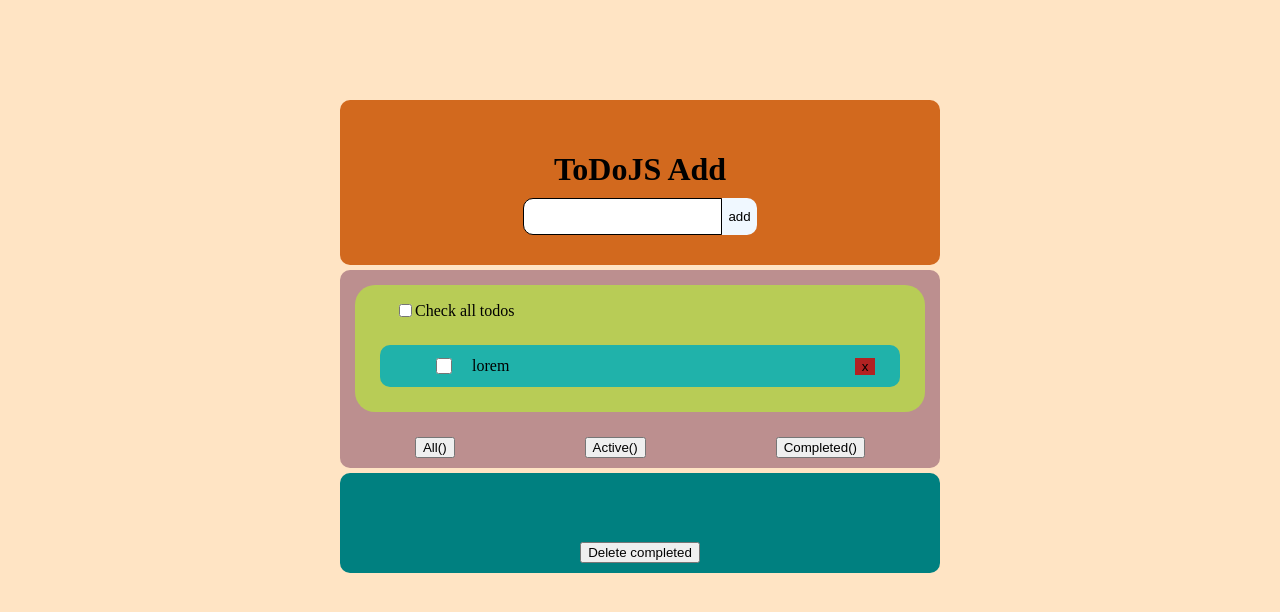
Repository: Savich01/ToDo
Page: index.html
An editor plug-in stored every save of this project. The page is shown before and after the next save, followed by the edit.
The browser window is 1280 px wide. The pictures show the whole page.

Above is the page before, as saved 2024-05-08 10:49:13.

After the next save:
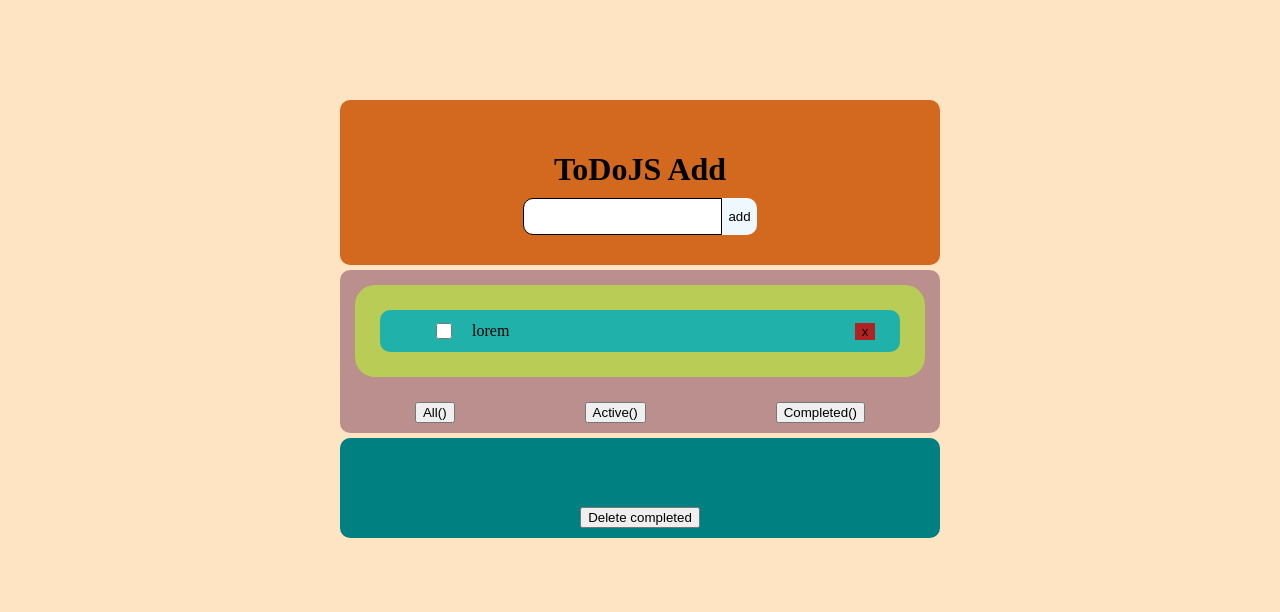
Saved 85 s later.
--- a/index.html
+++ b/index.html
@@ -22,12 +22,6 @@
         <div class="main-block">
 
             <div class="main-container">
-                <ul class="main-container--list2">
-                    <li class="main-container--list-link2">
-                        <input class="checkbox-active" type="checkbox">
-                        <span>Check all todos</span>
-                    </li>
-                </ul>
 
                 <ul class="main-container--list">
                     <li class="main-container--list-link">
